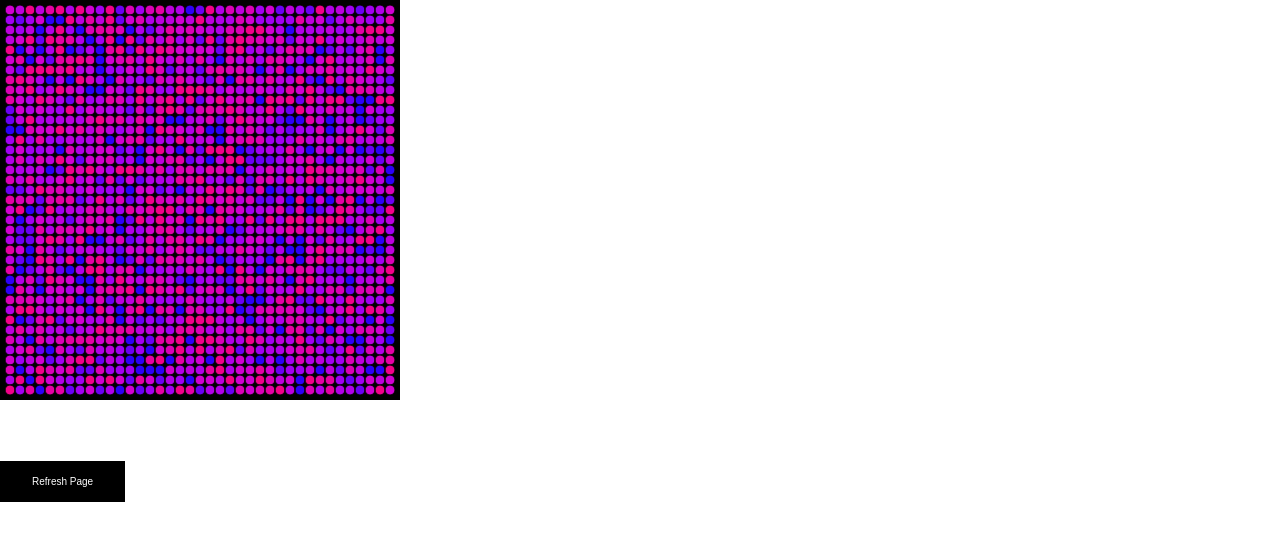
Repository: patriciqa/GenComp
Page: content/day02/pattern/index.html
These files come from the project's save history. The page is drawn as it stood at one moment and after a run of saves; the edit follows.
The browser window is 1280 px wide. The pictures show the whole page.

Above is the page before, as saved 2021-09-30 11:37:53.

### content/day02/pattern/index.html
<!DOCTYPE html>
<html lang="en">
  <head>
    <meta charset="utf-8" />
    <meta name="viewport" content="width=device-width, initial-scale=1.0">

    <title>Sketch</title>

    <link rel="stylesheet" type="text/css" href="style.css">

    <script src="libraries/p5.min.js"></script>
    <script src="libraries/p5.sound.min.js"></script>
  </head>

  <body>
    <script src="circlePattern.js"></script>
    <div id="refresh-button">
    <button onclick="window.location.reload();">Refresh Page</button>
  </div>
  </body>
</html>

### content/day02/pattern/style.css
html, body {
  margin: 0;
  padding: 0;
}

canvas {
  display: block;
}

button {
  position: relative;
  background-color: black;
  border: none;
  color: white;
  padding: 15px 32px;
  text-align: center;
  text-decoration: none;
  display: inline-block;
  font-size: 10px;
}
#refresh-button {
position: absolute;
top: 64%;

}

### content/day02/pattern/circlePattern.js
// /* CSS HEX */
// --blue: #2d00f7ff;
// --electric-indigo: #6a00f4ff;
// --electric-violet: #8900f2ff;
// --purple-x-11: #a100f2ff;
// --purple-x-11-2: #b100e8ff;
// --electric-purple: #bc00ddff;
// --steel-pink: #d100d1ff;
// --steel-pink-2: #db00b6ff;
// --fashion-fuchsia: #e500a4ff;
// --magenta-process: #f20089ff;
let CSS_COLOR_NAMES = [
  '#2d00f7ff',
  '#6a00f4ff',
  '#a100f2ff',
  '#b100e8ff',
  '#bc00ddff',
  ' #d100d1ff',
  '#db00b6ff',
  '#e500a4ff',
  '#f20089ff'
];

let counter = 0
function setup() {
  createCanvas(400, 400);
  stroke(0)
  // noLoop();
}

function draw() {
  background('black');

  for (let x = 10; x < width; x += 10) {
    for (let y = 10; y < height; y += 10) {
      stroke(0);
      let randomColor = CSS_COLOR_NAMES[Math.floor(Math.random()*CSS_COLOR_NAMES.length)];
      fill(randomColor);

      ellipse(x, y, 10, 10);
      counter++;
    }
  }
}

Loaded but not shown: content/day02/pattern/libraries/p5.min.js (library); content/day02/pattern/libraries/p5.sound.min.js (library)

After the next 2 saves:
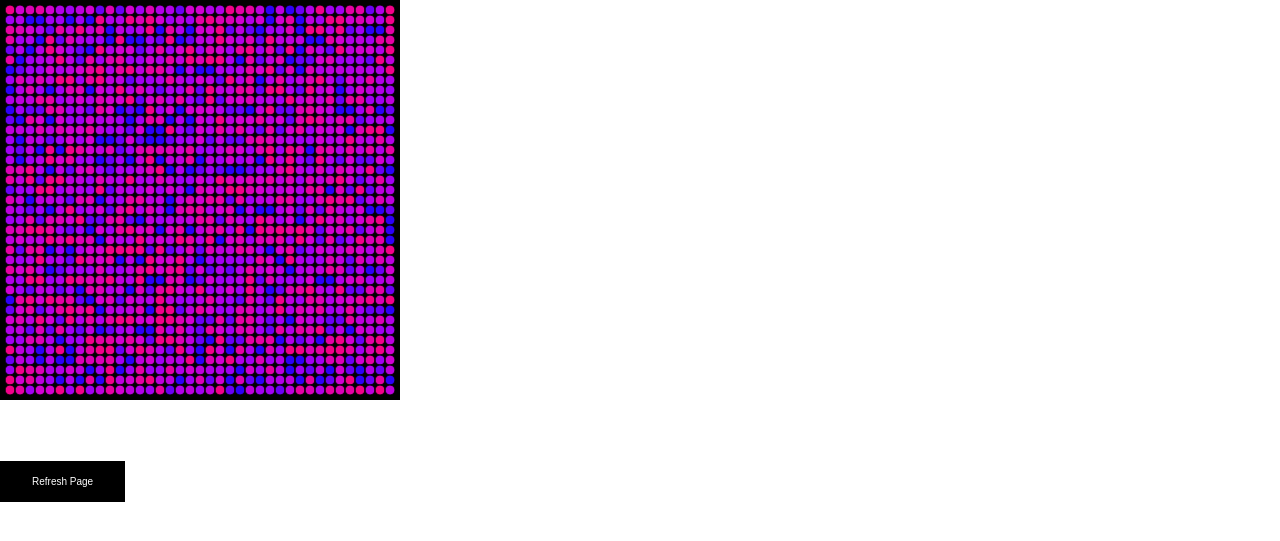
The 2 saves are shown as one change because they came seconds apart.
The last was saved 113 s later.
--- a/content/day02/pattern/circlePattern.js
+++ b/content/day02/pattern/circlePattern.js
@@ -25,6 +25,7 @@
 function setup() {
   createCanvas(400, 400);
   stroke(0)
+  frameRate(30)
   // noLoop();
 }
 
